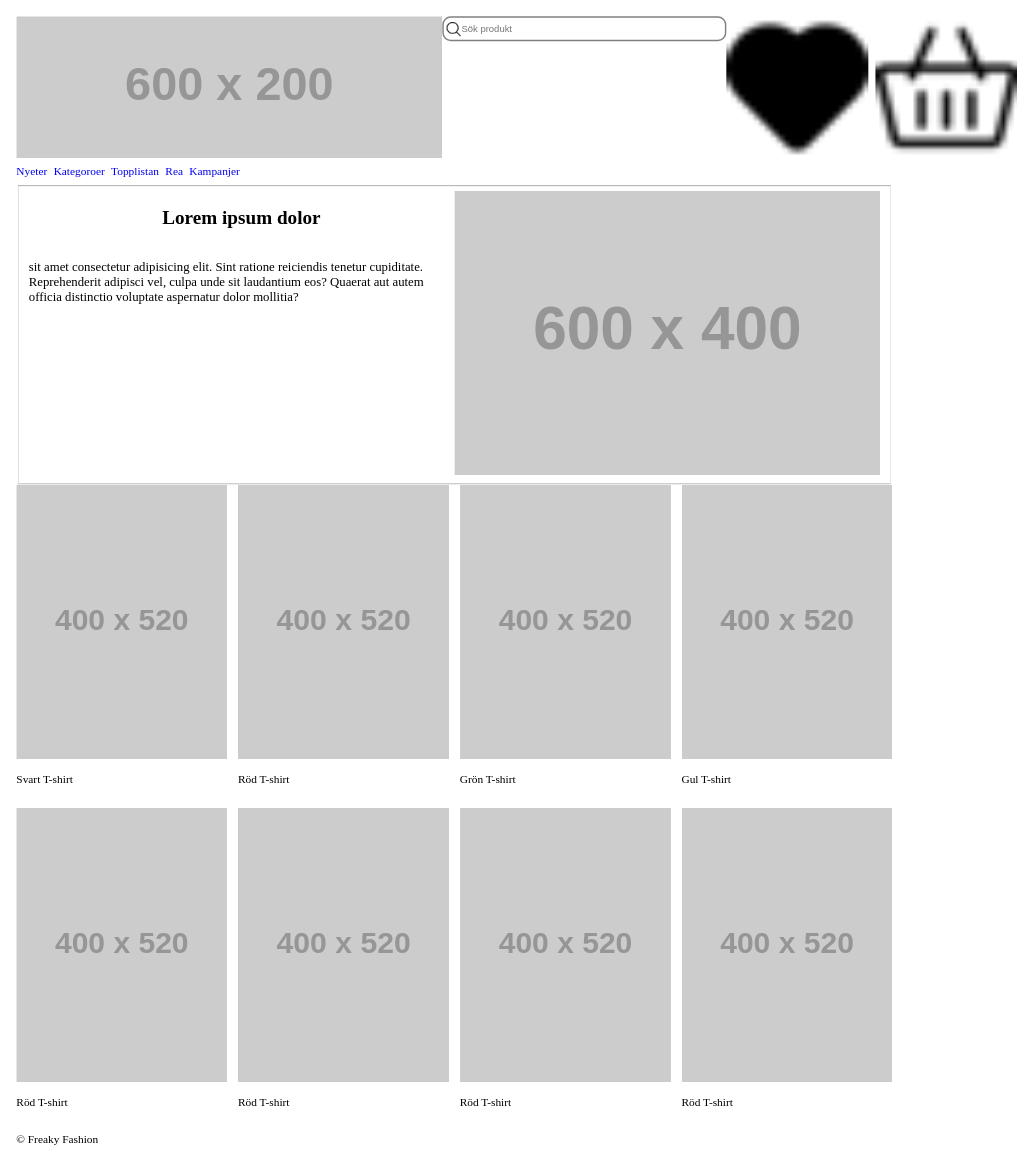
Repository: Kalle1995/project
Page: index.html
These files come from the project's save history. The page is drawn as it stood at one moment and after the next save; the edit follows.
The browser window is 1280 px wide. The page is 1433 px wide, then 1443 px, so the pictures cover 1443 px, including what lies to the right of the window. The pictures show the whole page, at 71% of full size.

Above is the page before, as saved 2024-10-05 21:51:58.

After the next save:
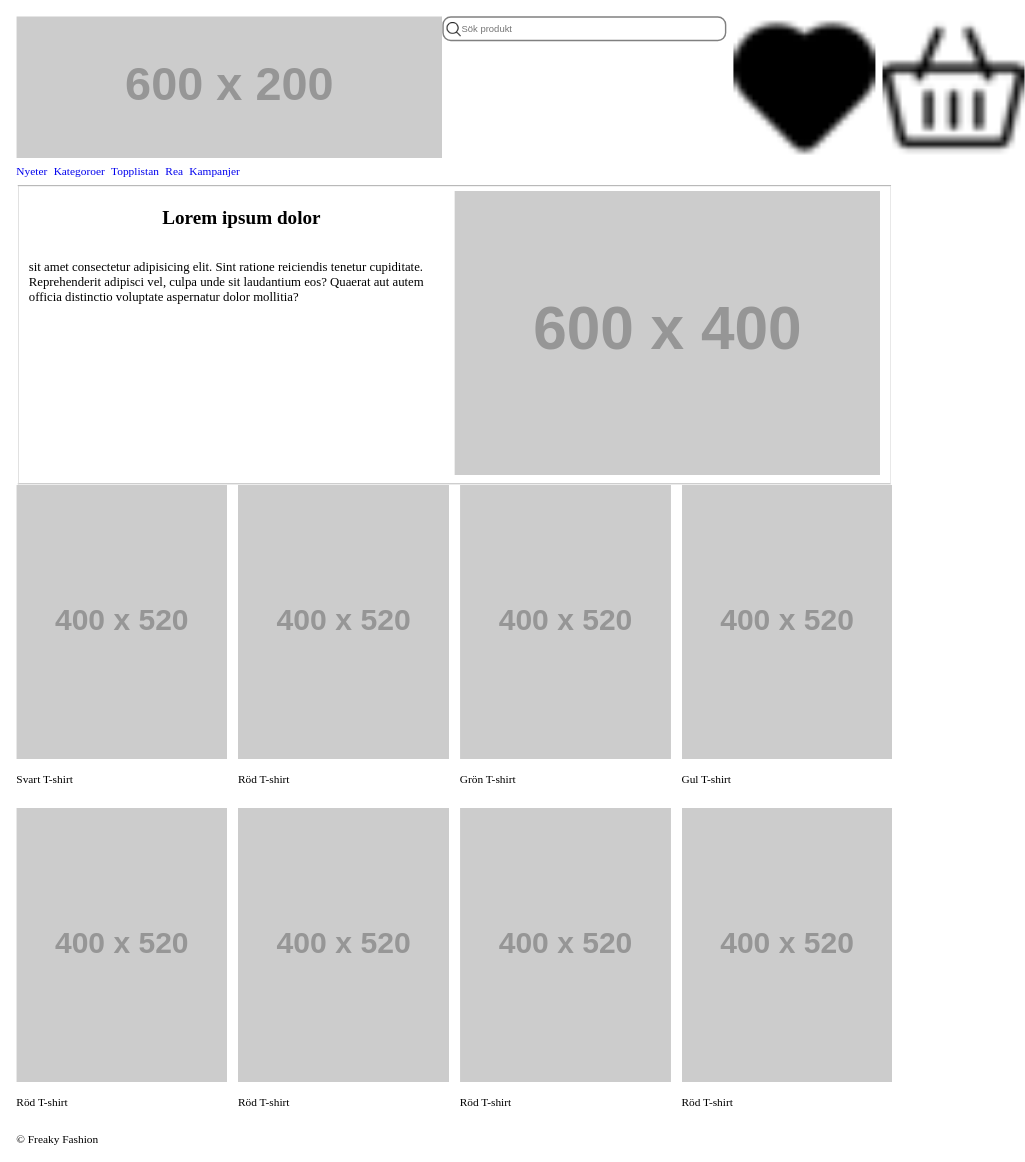
Saved 2 min 16 s later.
--- a/main.css
+++ b/main.css
@@ -78,6 +78,7 @@ ul {
 .search {
     height: 35px;
     width: 400px;
+    margin-right: 10px;
 }
 
 .headIcons {
